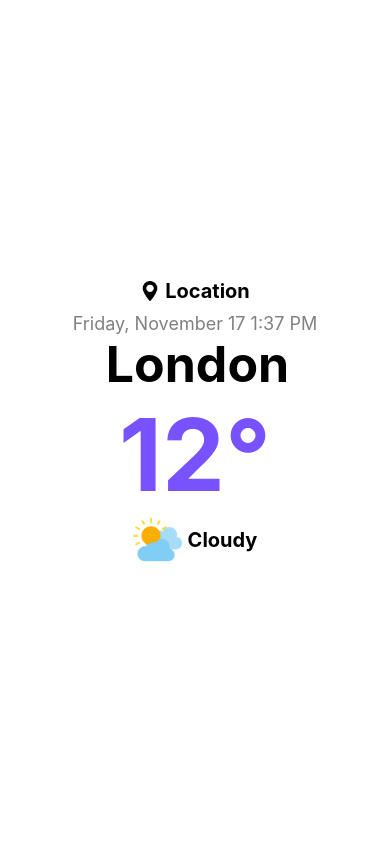
Repository: praveen080/react-native-weatherAppV1
Screen: /
These files come from the project's save history. The screen is drawn as it stood at one moment and after a run of saves; the edit follows.
The app was drawn by React Native's web renderer in a window 390 px wide. The project was rebuilt for these pictures with package versions that can differ from the ones it lists, and the page was loaded fresh each time. Also part of the build but not shown: Screens/startUp.js.

Above is the screen before, as saved 2023-11-17 13:44:31.

After the next 4 saves:
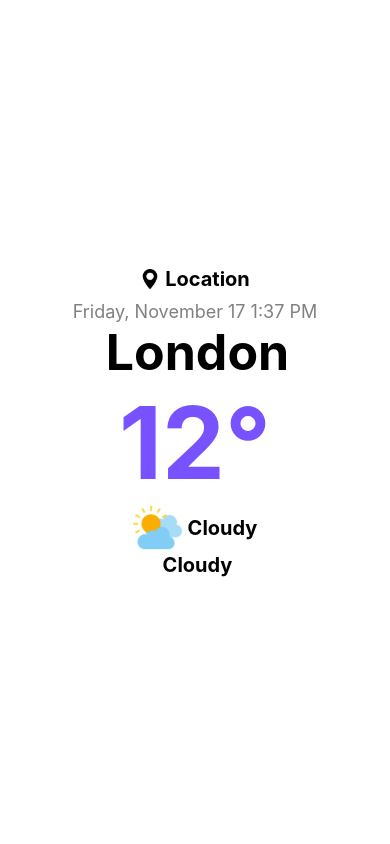
The 4 saves are shown as one change because they came seconds apart.
The last was saved 107 s later.
--- a/Screens/Home.js
+++ b/Screens/Home.js
@@ -42,8 +42,9 @@ const Home = () => {
         />
         <Text style={styles.locationText}>Cloudy</Text>
       </View>
-
-
+      <View>
+        <Text style={styles.locationText}>Cloudy</Text>
+      </View>
     </View>
   );
 };
